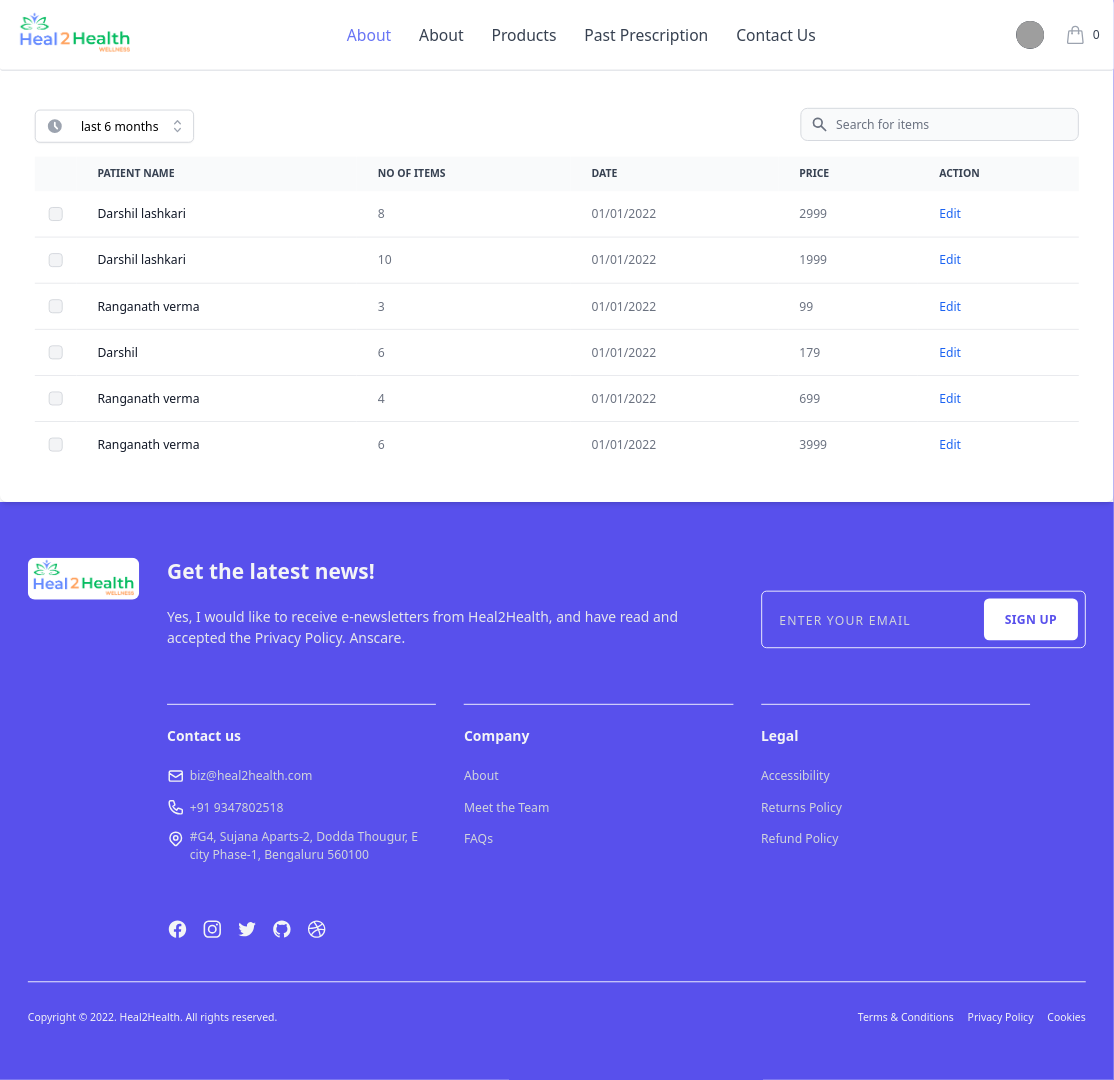
Repository: Akash123-coder/H2H
Page: /PastPrescription (app in Frontend/)
These files come from the project's save history. The page is drawn as it stood at one moment and after the next save; the edit follows.
The browser window is 1280 px wide. The pictures show the whole page, at 87% of full size.
Pictures or frames that could not be fetched are drawn as grey boxes. The project was rebuilt for these pictures with package versions that can differ from the ones it lists, and the page was loaded fresh each time. Also part of the build but not shown: Frontend/vite.config.ts, Frontend/src/pages/About.tsx, Frontend/src/components/Cta.jsx, Frontend/src/pages/Home.jsx, Frontend/src/components/Buttonsm.tsx, Frontend/src/components/Buttonrm.tsx, Frontend/src/components/Product.tsx, Frontend/src/pages/Prescription.jsx and 2 more.

Above is the page before, as saved 2022-09-28 17:26:57.

After the next save:
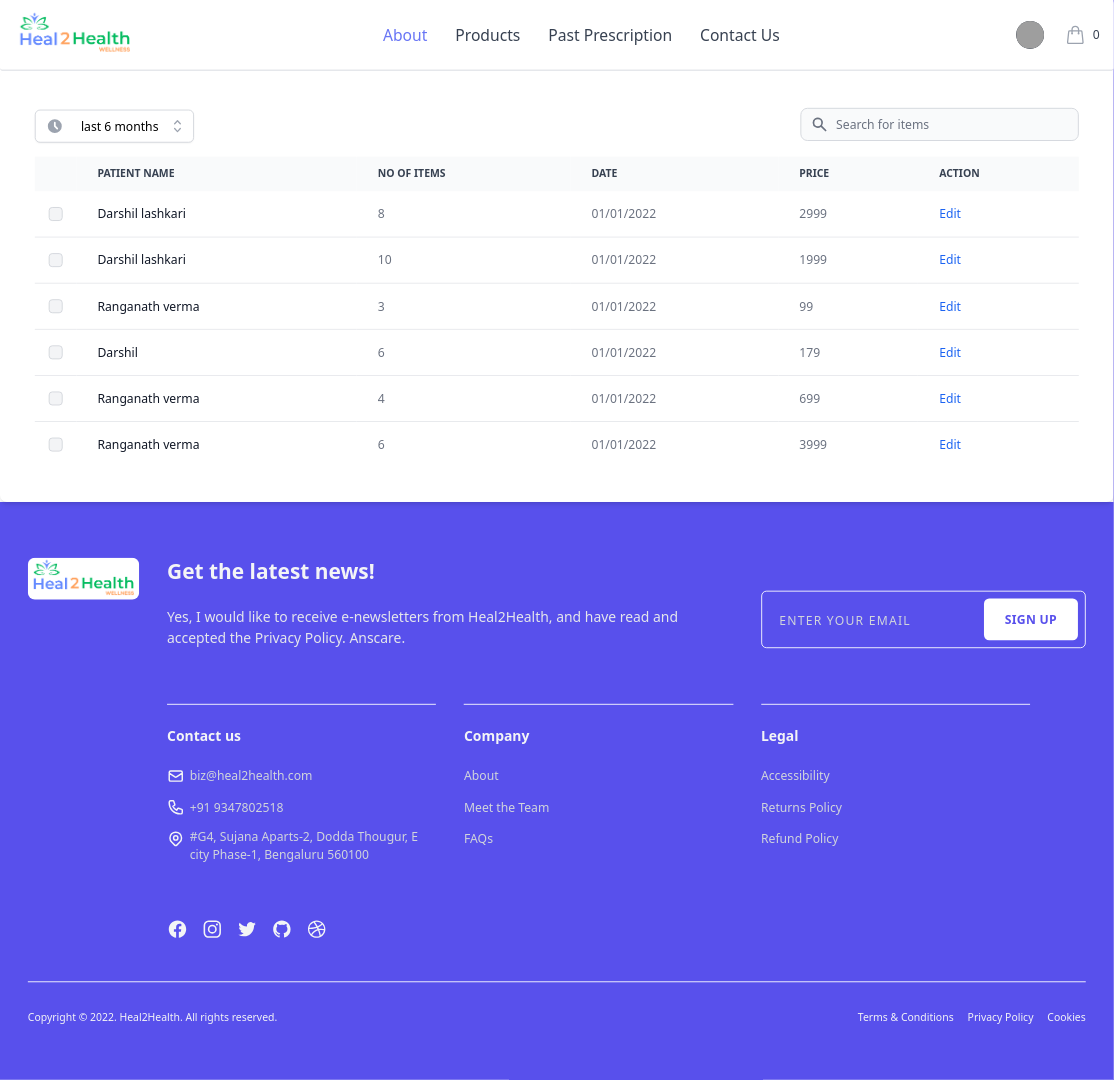
Saved 4 s later.
--- a/Frontend/src/components/Navbar.jsx
+++ b/Frontend/src/components/Navbar.jsx
@@ -104,7 +104,7 @@
               </NavLink>
               <NavLink to="/PastPrescription">
                 <a
-                  href='#'
+                  href="#"
                   className="block py-2 pr-4 pl-3 text-lg text-gray-700 rounded hover:bg-gray-100 md:hover:bg-transparent md:hover:text-indigo-700 md:p-0 dark:text-gray-400 md:dark:hover:text-white dark:hover:bg-gray-700 dark:hover:text-white md:dark:hover:bg-transparent dark:border-gray-700"
                   onClick={showMenu}
                   to="/pastprescription"
@@ -138,14 +138,14 @@
                   About
                 </a>
               </NavLink>
-              <NavLink to="/about">
+              {/* <NavLink to="/about">
                 <a
                   href="#"
                   className="block py-2 pr-4 pl-3 text-gray-700 rounded text-lg hover:bg-gray-100 md:hover:bg-transparent md:hover:text-indigo-700 md:p-0 dark:text-gray-400 md:dark:hover:text-white dark:hover:bg-gray-700 dark:hover:text-white md:dark:hover:bg-transparent dark:border-gray-700"
                 >
                   About
                 </a>
-              </NavLink>
+              </NavLink> */}
 
               <NavLink to="/prescription">
                 <a
@@ -155,9 +155,9 @@
                   Products
                 </a>
               </NavLink>
-               <NavLink to="/PastPrescription">
+              <NavLink to="/PastPrescription">
                 <a
-                  href='#'
+                  href="#"
                   className="block py-2 pr-4 pl-3 text-lg text-gray-700 rounded hover:bg-gray-100 md:hover:bg-transparent md:hover:text-indigo-700 md:p-0 dark:text-gray-400 md:dark:hover:text-white dark:hover:bg-gray-700 dark:hover:text-white md:dark:hover:bg-transparent dark:border-gray-700"
                   onClick={showMenu}
                   to="/pastprescription"
